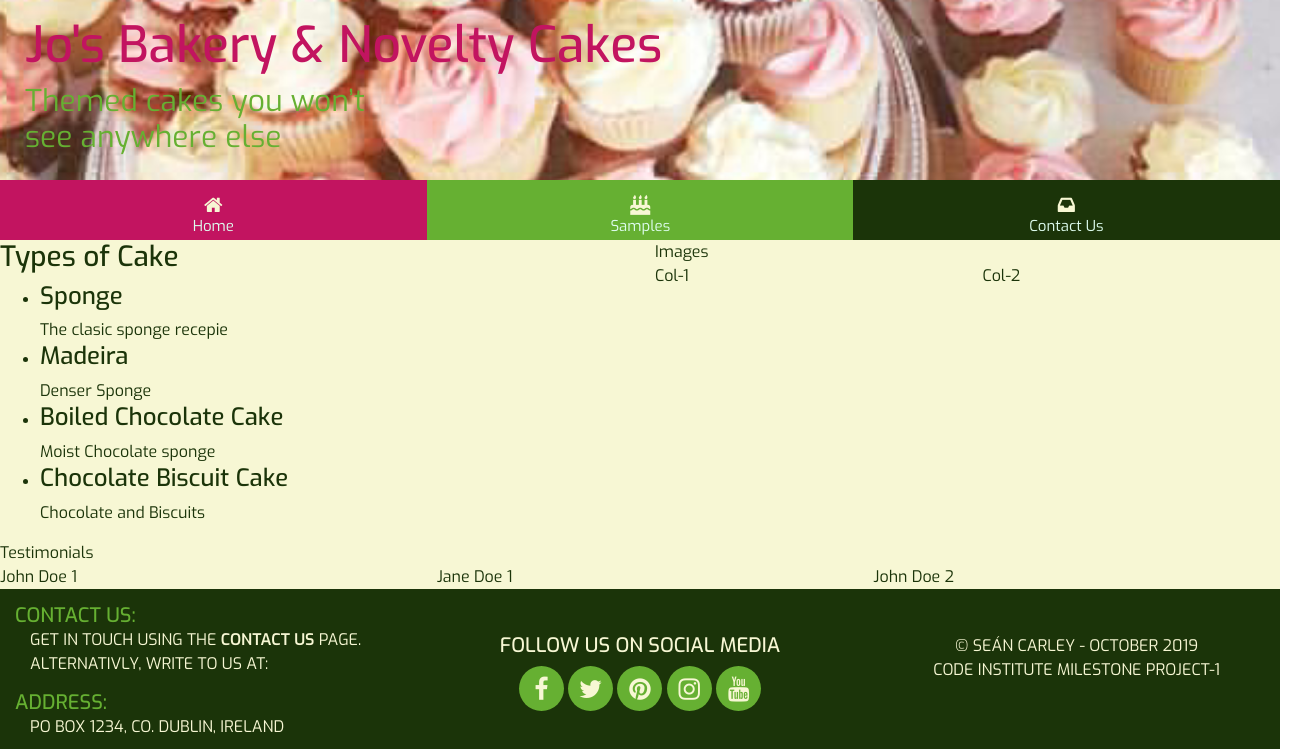
Repository: seanjcarley/Milestone1
Page: showcase.html
The author's editor kept a record of every edit. The page is drawn from the files as they stood at one moment, then again after the next edit.
The browser window is 1280 px wide. The page is 1295 px wide, so the pictures cover 1295 px, including what lies to the right of the window. The pictures show the whole page.

Above is the page before.

### showcase.html
<!DOCTYPE html>
<html lang="en">

<head>
    <meta charset="UTF-8">
    <meta name="viewport" content="width=device-width, initial-scale=1.0">
    <meta http-equiv="X-UA-Compatible" content="ie=edge">
    <link rel="stylesheet" href="https://stackpath.bootstrapcdn.com/bootstrap/4.3.1/css/bootstrap.min.css" type="text/css" />
    <link rel="stylesheet" href="https://stackpath.bootstrapcdn.com/font-awesome/4.7.0/css/font-awesome.min.css" type="text/css">
    <link rel="stylesheet" href="https://cdnjs.cloudflare.com/ajax/libs/hover.css/2.3.1/css/hover-min.css" type="text/css">
    <link rel="stylesheet" href="css/style.css">
    <title>Jo's Bakery and Novelty Cakes</title>
</head>

<body>
    <header class="cake-image">
        <div class="row no-gutters">
            <div class="col page-header">
                <h1 class="name caps">Jo's Bakery & Novelty Cakes</h1>
                <h2 class="tag-line caps">Themed cakes you won’t<br/>see anywhere else</h2>
            </div>
        </div>
        <div class="row no-gutters">
            <div class="col">
                <ul id="nav" class="list-inline menucontainer">
                    <li class="col col-sm-4 menu-item-color-home list-inline-item menuitem">
                        <a class="hvr-sweep-to-right" href="index.html"><i class="fa fa-home" aria-hidden="true"></i><span>Home</span></a>
                    </li>
                    <li class="col col-sm-4 menu-item-color-samples list-inline-item menuitem">
                        <a class="hvr-sweep-to-right" href="showcase.html"><i class="fa fa-birthday-cake" aria-hidden="true"></i><span>Samples</span></a>
                    </li>
                    <li class="col col-sm-4 menu-item-color-contact list-inline-item menuitem">
                        <a class="hvr-sweep-to-right" href="contact.html"><i class="fa fa-inbox" aria-hidden="true"></i><span>Contact Us</span></a>
                    </li>
                </ul>
            </div>
        </div>
    </header>
    <section class="section-color">
        <div class="row">
            <div class="col-md-6 cake-types">
                <h3>Types of Cake</h3>
                <ul>
                    <li>
                        <h4>Sponge</h4>
                        The clasic sponge recepie
                    </li>
                    <li>
                        <h4>Madeira</h4>
                        Denser Sponge
                    </li>
                    <li>
                        <h4>Boiled Chocolate Cake</h4>
                        Moist Chocolate sponge
                    </li>
                    <li>
                        <h4>Chocolate Biscuit Cake</h4>
                        Chocolate and Biscuits
                    </li>
                </ul>
            </div>
            <div class="col-md-6">
                <div class="row">
                    <div class="col">Images</div>
                </div>
                <div class="row">
                    <div class="col-md-6">Col-1</div>
                    <div class="col-md-6">Col-2</div>
                </div>
            </div>
        </div>
        <div class="row">
            <div class="col">Testimonials</div>
        </div>
        <div class="row">
            <div class="col-md-4">
                John Doe 1
            </div>
            <div class="col-md-4">
                Jane Doe 1
            </div>
            <div class="col-md-4">
                John Doe 2
            </div>
        </div>
    </section>
    <footer class="footer-color">
        <div class="row">
            <div class="col-md-4">
                <!--<h1>FOOTER1</h1>-->
                <h5 class="footer-h5 uppercase">Contact us: </h5>
                <p class="footer-text uppercase">Get in touch using the <a href="contact.html"><span class="bold">Contact us</span></a> page. Alternativly, write to us at:</p>
                <h5 class="footer-h5 uppercase">Address: </h5>
                <p class="footer-address uppercase">
                    PO Box 1234,
                    <!--<br/>-->
                    Co. Dublin,
                    <!--<br/>-->
                    Ireland
                </p>
            </div>
            <div class="col-md-4 social">
                <!--<h1>FOOTER2</h1>-->
                <h5 class="uppercase">Follow us on Social Media</h5>
                <ul class="list-inline social-icons">
                    <li class="list-inline-item socialitem">
                        <a target="_blank" href="#">
                            <i class="fa fa-facebook" aria-hidden="true"></i>
                            <span class="sr-only">Facebook</span> <!-- This will be read by a screen reader. It does not show on the page -->
                        </a>
                    </li>
                    <li class="list-inline-item socialitem">
                        <a target="_blank" href="#">
                            <i class="fa fa-twitter" aria-hidden="true"></i>
                            <span class="sr-only">Twitter</span> <!-- This will be read by a screen reader. It does not show on the page -->
                        </a>
                    </li>
                    <!--<li class="list-inline-item socialitem">
                        <a target="_blank" href="#">
                            <i class="fa fa-linkedin" aria-hidden="true"></i>
                            <span class="sr-only">LinkedIn</span>
                        </a>
                    </li>-->
                    <li class="list-inline-item socialitem">
                        <a target="_blank" href="#">
                            <i class="fa fa-pinterest" aria-hidden="true"></i>
                            <span class="sr-only">Pinterest</span> <!-- This will be read by a screen reader. It does not show on the page -->
                        </a>
                    </li>
                    <li class="list-inline-item socialitem">
                        <a target="_blank" href="#">
                            <i class="fa fa-instagram" aria-hidden="true"></i>
                            <span class="sr-only">Instagram</span> <!-- This will be read by a screen reader. It does not show on the page -->
                        </a>
                    </li>
                    <li class="list-inline-item socialitem">
                        <a target="_blank" href="#">
                            <i class="fa fa-youtube" aria-hidden="true"></i>
                            <span class="sr-only">YouTube</span> <!-- This will be read by a screen reader. It does not show on the page -->
                        </a>
                    </li>
                </ul>
            </div>
            <div class="col-md-4 copyrite uppercase">
                <!--<h1>FOOTER3</h1>-->
                &copy; Seán Carley - October 2019
                <br/> Code Institute Milestone Project-1
            </div>
        </div>
    </footer>
</body>

</html>

### css/style.css
@import url('https://fonts.googleapis.com/css?family=Roboto:100,200,300,400,500,600,700|Exo:100,200,300,400,500,600,700');

/*----------------------------------------------------------------------------*/
/* Colours */
/*----------------------------------------------------------------------------*/

.menu-item-color-home {
    background-color: #C21460;
    color: #F7F7D4;
}

.menu-item-color-samples {
    background-color: #66B032;
    color: #F7F7D4;
}

.menu-item-color-contact {
    background-color: #1B3409;
    color: #F7F7D4;
}

.section-color {
    background-color: #F7F7D4;
    color: #1B3409;
}

.side-section {
    padding-left: 15px;
    background-color: #66B032;
}

.footer-color {
    background-color: #1B3409;
    color: #F7F7D4;
}

/*----------------------------------------------------------------------------*/
/* Body */
/*----------------------------------------------------------------------------*/

body {
    margin: 0;
    font-family: "Exo", sans-serif;
}

/*----------------------------------------------------------------------------*/
/* Header */
/*----------------------------------------------------------------------------*/

header {
    margin: 20;
    background-color: #F7F7D4;
}

.cake-image {
    background: url("../images/banner.png");
    background-position: center;
    background-repeat: no-repeat;
    background-size: cover;
    -webkit-background-size: cover;
    -moz-background-size: cover;
    -o-background-size: cover;
}

.page-header {
    margin-top: 15px;
    margin-bottom: 17px;
}

.name {
    font-weight: 500;
    font-size: 50px;
    margin-left: 25px;
    color: #C21460;
}

.opaque-overlay {
    position: absolute;
    top: 0;
    left: 0;
    height: 100%;
    width: 100%;
    background-color: rgba(0,0,0,0.5);
}

.tag-line {
    font-weight: 400;
    font-size: 30px;
    margin-left: 25px;
    color: #66B032;
}

.logo {
    /*background: url("../images/20170906215546_1200x1200.png");*/
    background-position: center;
    background-repeat: no-repeat;
    background-size: cover;
    background-color: #1B3409;
    /*background-color: #fff;*/
    text-align: center;
    min-height: 240px;
    text-decoration: none;
    font-size: 45px;
    font-weight: 500;
    color: #C21460;
}

.list-inline-item:not(:last-child) {
    margin-right: 0;
}

.menucontainer {
    font-size: 0;
    position: static;
}

#nav li {
    font-size: 14px;
    padding: 0;
}

#nav {
    margin: 0;
}

.menuitem {
    height: 60px;
    text-align: center;
    padding: 0;
}

.menuitem a {
    width: 100%;
    text-decoration: none;
    color: #defdef;
    height: 100%;
}

.menuitem a i {
    padding-top: 15px;
    display: block;
    color: #F7F7D4;
    font-size: 20px;
}

.menuitem span {
    display: block;
    font-size: 15px;
}

.hvr-sweep-to-bottom:before,
.hvr-sweep-to-top:before,
.hvr-sweep-to-right:before {
    background: rgba(0, 0, 0, 0.2);
    height: 60px;
}

/*----------------------------------------------------------------------------*/
/* Index Section */
/*----------------------------------------------------------------------------*/

section {
    margin: 0;
}

.main-section {
    padding-left: 15px;
}

.origin {
    text-align: center;
    padding-top: 15px;
}

.section-txt {
    margin: 15px;
}

.section-txt a {
    text-decoration: none;
    color: #1B3409;
}

.section-txt a:hover {
    color: #C21460;
}

.question {
    text-align: center;
}

.side-section {

}

.side-section-menu {
    color: #F7F7D4;
}

/*----------------------------------------------------------------------------*/
/* Contact Section */
/*----------------------------------------------------------------------------*/

.form-heading {
    font-weight: 500;
    margin-top: 25px;
    /*margin-bottom: ;*/
    text-align: center;
}

.center-form {
    padding-top: 10px;
    margin: 0 auto;
    max-width: 60%;
    text-align: center;
}

button[type="submit"] {
    margin-top: 15px;
    margin-bottom: 20px;
    color: #F7F7D4;
    background-color: #1B3409;
}

button[type="submit"]:hover {
    color: #66B032;
    background-color: #C21460;
    font-weight: 300;
    transition: all 0.35s ease-in-out;
    -moz-transition: all 0.35s ease-in-out;
    -webkit-transition: all 0.35s ease-in-out;
    -o-transition: all 0.35s ease-in-out;
}

#name-field {
    background-color: #66B032;
    color: #F7F7D4;
}

#email-field {
    background-color: #66B032;
    color: #F7F7D4;
}

/* Trying to overe ride the color of the placeholder text on the form
#email-field:after {
    background-color: #66B032;
    color: #66B032;
}*/

#phone-field {
    background-color: #66B032;
    color: #F7F7D4;
}

#desc-field {
    background-color: #66B032;
    color: #F7F7D4;
}

#budget-field {
    background-color: #66B032;
    color: #F7F7D4;
}

/*----------------------------------------------------------------------------*/
/* Footer */
/*----------------------------------------------------------------------------*/

footer {
    margin: 0;
}

.footer-text {
    margin: 0;
    padding-left: 30px;
    padding-top: 0;
}

.footer-text a {
    text-decoration: none;
    color: #F7F7D4;
}

.footer-text a:hover {
    color: #66B032;
}

.footer-h5 {
    color: #66B032;
    margin: 0;
    padding-left: 15px;
    padding-top: 15px;
}

.footer-address {
    margin: 0;
    padding-left: 30px;
    padding-top: 0;
    padding-bottom: 10px;
}

.copyrite {
    text-align: center;
    margin-top: 45px;
    font-size: 100;
}

.social {
    text-align: center;
    margin-top: 45px;
}

/*.social-icons li a {

}*/

.social-icons li a i {
    width: 45px;
    height: 45px;
    padding: 6px 0;
    /*margin-top: 5px;*/
    border-radius: 50%;
    font-size: 25px;
    background-color: #66B032;
    color: #F7F7D4;
    text-align: center;
    line-height: 35px;
    transition: all 0.35s ease-in-out;
    -moz-transition: all 0.35s ease-in-out;
    -webkit-transition: all 0.35s ease-in-out;
    -o-transition: all 0.35s ease-in-out;
}

.social-icons li a i:hover {
    background-color: #C21460;
    color: #66B032;
}

.socialitem span {
    display: block;
    width: 100%;
    font-size: 35px;
}

.bold {
    font-weight: 600;
}

.uppercase {
    text-transform: uppercase;
}

/*----------------------------------------------------------------------------*/
/* Media Queries */
/*----------------------------------------------------------------------------*/

@media (max-width:767px) {
    body {
        min-width: 100%;
        font-family: "Roboto", sans-serif;
    }

    .logo {
        display: none;
    }

    .page-header {
        margin-top: 15px;
        margin-bottom: 10px;
        color: #F7F7D4;
    }

    .desktop {
        display: none;
    }

    .center-form {
        max-width: 85%;
    }
}

After the next edit:
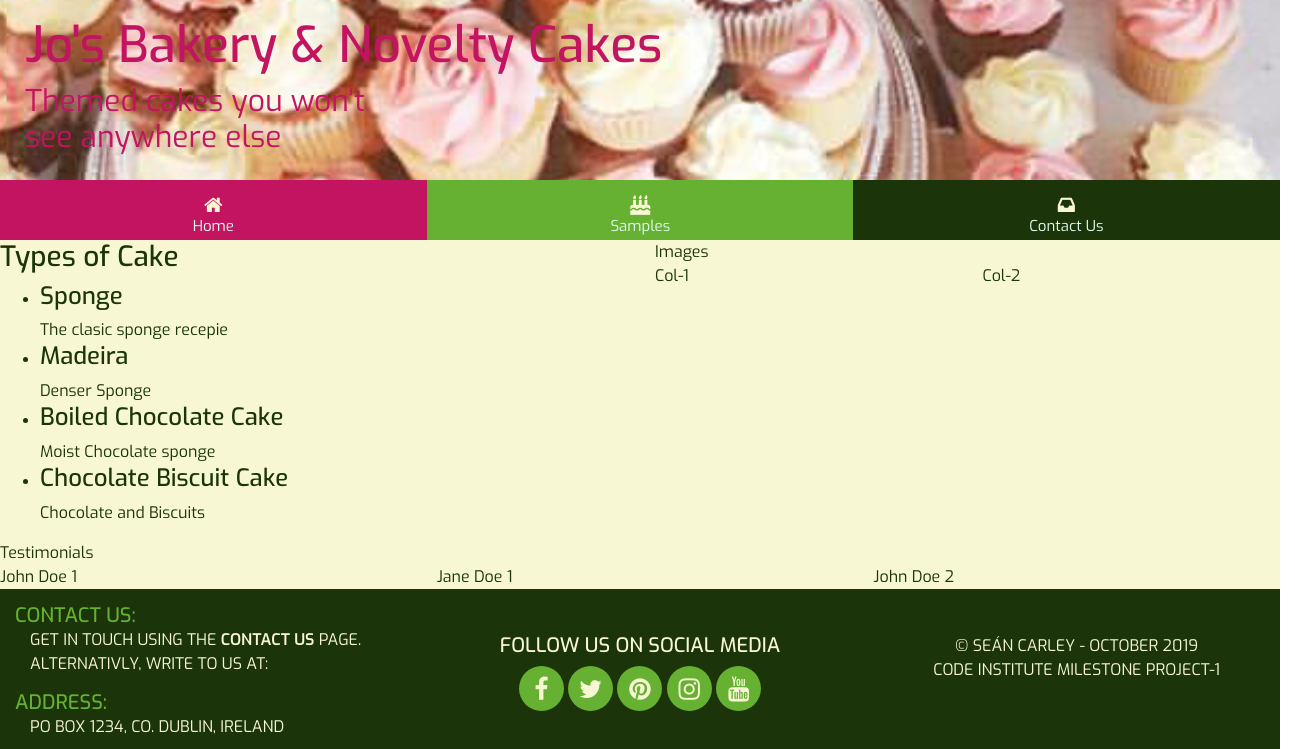
The edit:
--- a/css/style.css
+++ b/css/style.css
@@ -1,7 +1,9 @@
 @import url('https://fonts.googleapis.com/css?family=Roboto:100,200,300,400,500,600,700|Exo:100,200,300,400,500,600,700');
 
 /*----------------------------------------------------------------------------*/
+
 /* Colours */
+
 /*----------------------------------------------------------------------------*/
 
 .menu-item-color-home {
@@ -35,7 +37,9 @@
 }
 
 /*----------------------------------------------------------------------------*/
+
 /* Body */
+
 /*----------------------------------------------------------------------------*/
 
 body {
@@ -44,7 +48,9 @@
 }
 
 /*----------------------------------------------------------------------------*/
+
 /* Header */
+
 /*----------------------------------------------------------------------------*/
 
 header {
@@ -80,14 +86,14 @@
     left: 0;
     height: 100%;
     width: 100%;
-    background-color: rgba(0,0,0,0.5);
+    background-color: rgba(0, 0, 0, 0.5);
 }
 
 .tag-line {
     font-weight: 400;
     font-size: 30px;
     margin-left: 25px;
-    color: #66B032;
+    color: #C21460;
 }
 
 .logo {
@@ -156,7 +162,9 @@
 }
 
 /*----------------------------------------------------------------------------*/
+
 /* Index Section */
+
 /*----------------------------------------------------------------------------*/
 
 section {
@@ -189,16 +197,16 @@
     text-align: center;
 }
 
-.side-section {
-
-}
+.side-section {}
 
 .side-section-menu {
     color: #F7F7D4;
 }
 
 /*----------------------------------------------------------------------------*/
+
 /* Contact Section */
+
 /*----------------------------------------------------------------------------*/
 
 .form-heading {
@@ -264,7 +272,9 @@
 }
 
 /*----------------------------------------------------------------------------*/
+
 /* Footer */
+
 /*----------------------------------------------------------------------------*/
 
 footer {
@@ -352,7 +362,9 @@
 }
 
 /*----------------------------------------------------------------------------*/
+
 /* Media Queries */
+
 /*----------------------------------------------------------------------------*/
 
 @media (max-width:767px) {
